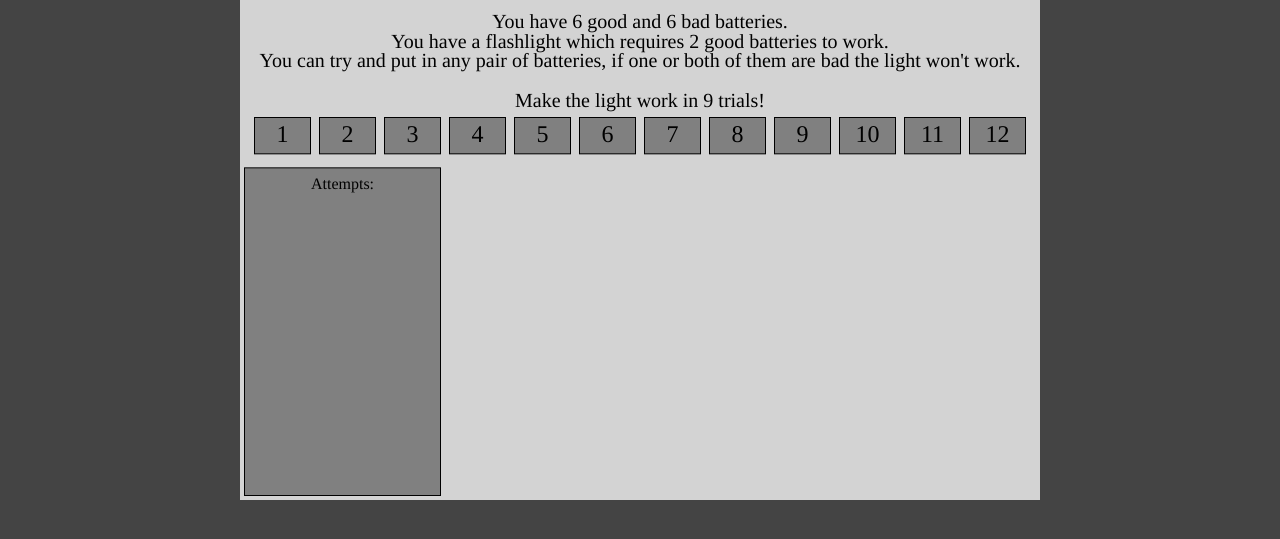
Repository: StevenZsombo/games
Page: docs/batteries/batteries.html
These files come from the project's save history. The page is drawn as it stood at one moment and after the next save; the edit follows.
The browser window is 1280 px wide. The pictures show the whole page.

Above is the page before, as saved 2025-07-04 10:28:34.

### docs/batteries/batteries.html
<!DOCTYPE html>
<html lang="en">

<head>
  <meta charset="UTF-8">
  <meta name="viewport" content="width=device-width, initial-scale=1.0">
  <title>Game by Steven Zs :)</title>
  <style>
    body {
      margin: 0;
      padding: 0;
      min-height: 100vh;
      display: flex;
      justify-content: center;
      background: #444;
    }

    #canvasContainer {
      margin: 0;
      max-width: 800px;
      max-height: 500px;
      width: 100%;
      background: #000000;
    }

    #canvasContainer.full {
      position: fixed;
      top: 0;
      left: 0;
      right: 0;
      bottom: 0;
      margin: 0;
      max-width: none;
      max-height: none;
      display: flex;
      align-items: center;
      justify-content: center;
    }

    canvas {
      display: block;
      background: #000000;
      aspect-ratio: 800/500;
      width: 100%;
      height: auto;
    }

    #canvasContainer.full canvas {
      width: min(100vw, calc(100vh * 1.6));
      height: min(100vh, calc(100vw / 1.6));
      max-width: none;
      max-height: none;
    }
  </style>
</head>

<body id="body">
  <div id="canvasContainer">
    <canvas id="myCanvas" width="800" height="500"></canvas>
  </div>

  <script>
    function fullscreenToggle() {
      document.getElementById('canvasContainer').classList.toggle('full');
    }
  </script>
  <script src="../MM.js"></script>
  <script src="../scripts.js"></script>
  <script src="../animations.js"></script>
  <script src="../gui.js"></script>
  <script src="../batteries.js"></script>
</body>

</html>

### docs/gui.js
class Framerater {
	constructor(isRunning = true) {
		this.measuredTimeInterval = 1000
		this.timeStamps = []
		this.fps = 0.1
		this.tickrate = 0.1
		this.button = new Button({
			x: 10,
			y: 10,
			width: 60,
			height: 15,
			fontsize: 12,
			color: "yellow",
			outline: 0,
			follow_mouse: true
		})
		this.isRunning = isRunning
		this.startTime = Date.now()
		this.totalTicks = 0
		this.totalFrames = 0
	}
	get elapsed() {
		return Math.floor((Date.now() - this.startTime) / 100) / 10
	}
	update(dt, noDrawingNeeded) {
		if (this.isRunning) {
			this.totalTicks += 1
			this.totalFrames += noDrawingNeeded ? 0 : 1
			let curr_time = Date.now()
			this.timeStamps.push([curr_time, noDrawingNeeded])
			let i = this.timeStamps.findIndex(x => curr_time - x[0] < this.measuredTimeInterval)
			this.timeStamps = this.timeStamps.slice(i)
			this.tickrate = Math.floor(this.timeStamps.length / this.measuredTimeInterval * 1000)
			this.fps = Math.floor(this.timeStamps.filter(
				x => !x[1]
			).length / this.measuredTimeInterval * 1000)

		}
	}

	draw(screen) {
		if (this.isRunning) {
			this.button.txt = `${this.fps} / ${this.tickrate}`
			this.button.draw(screen)
		}
	}
}

class Keyboarder {
	constructor(denybuttons) {
		if (denybuttons === null) {
			throw "did not specify whether keypress propagation should be denied or not"
		}
		/*-----------------------------------------------worst idea ever---------------------------------------------------------*/
		fullscreenToggle = MM.extFunc(fullscreenToggle, () => game.mouser.whereIsCanvas())
		this.bufferExpiration = null //null for no expiration, or milliseconds
		this.held = {}
		const held = this.held
		this.pressed = {}
		const pressed = this.pressed
		this.strokeBuffer = []
		const strokeBuffer = this.strokeBuffer

		document.addEventListener('keydown', (e) => {
			if (denybuttons) {
				e.preventDefault()
				e.stopPropagation()
			}
			if (!held[e.key]) {
				held[e.key] = true
				pressed[e.key] = true
				strokeBuffer.push([Date.now(), e.key])
			}
		}
		)
		document.addEventListener('keyup', (e) => {
			held[e.key] = false
			pressed[e.key] = false
			if (e.key == "F") {
				fullscreenToggle()
			}
			if (denybuttons) {
				e.preventDefault()
				e.stopPropagation()
			}
		}
		)
	}
	get strokes() {
		return this.strokeBuffer.map(x => x[1]).join("")
	}
	update(dt, now) {
		if (this.strokeBuffer.length && this.bufferExpiration != null) {
			if (now - this.strokeBuffer.at(-1)[0] > this.bufferExpiration) {
				this.strokeBuffer.length = 0
			}
		}
	}
	flushstrokes() {
		this.strokeBuffer.length = 0
	}
	next_loop() {
		Object.keys(this.pressed).forEach(
			x => this.pressed[x] = false
		)
	}

}

class Mouser {
	constructor(canvas) {
		this.x = null
		this.y = null
		this.clicked = false
		this.released = false
		this.down = false

		this.canvas = canvas
		this.addListeners(canvas)
		this.whereIsCanvas()
	}

	whereIsCanvas() {
		const canvas = this.canvas
		this.cRect = canvas.getBoundingClientRect()
		this.cW = canvas.width
		this.cH = canvas.height
		this.scaleX = canvas.width / this.cRect.width
		this.scaleY = canvas.height / this.cRect.height
	}
	whereAmI(e) {
		//event
		this.x = (e.clientX - this.cRect.left) * this.scaleX
		//Account for canvas position
		this.y = (e.clientY - this.cRect.top) * this.scaleY
	}

	addListeners(canvas) {
		canvas.addEventListener('pointermove', (e) => {
			e.preventDefault()
			e.stopPropagation()
			this.whereAmI(e)
			//e.pointerType //can be 'mouse', 'pen', 'touch'

		}
		)
		canvas.addEventListener('pointerdown', (e) => {
			e.preventDefault()
			e.stopPropagation()
			if (e.button == 0) {
				this.whereAmI(e)
				this.clicked = true
				this.down = true
			}
			//e.shiftKey, e.ctrlKey //true or false
			//button = 0 or 2
			//for some reason clicking both simultaneously does sweet FA
		}
		)
		canvas.addEventListener('pointerup', (e) => {
			e.preventDefault()
			e.stopPropagation()
			this.whereAmI(e)
			this.released = true
			this.down = false
		}
		)
		canvas.addEventListener('pointerout', (e) => {
			e.preventDefault()
			e.stopPropagation()
			this.released = true
			this.x = null
			this.y = null
		}
		)
		canvas.addEventListener('pointercancel', (e) => {
			e.preventDefault()
			e.stopPropagation()
			this.released = true
		}
		)
		window.addEventListener("resize", this.whereIsCanvas.bind(this))
		window.addEventListener("scroll", this.whereIsCanvas.bind(this))
		window.addEventListener('contextmenu', (e) => {
			e.preventDefault()
			e.stopPropagation()
		})
	}
	get held() {
		return this.down && !this.released
	}

	get pos() {
		return {
			x: this.x,
			y: this.y
		}
	}

	next_loop() {
		this.clicked = false
		this.released = false
	}

	changeCursor(type) {
		game.canvas.style.cursor = type
	}

}

class Cropper {
	constructor() {
		this.canvas = document.createElement("canvas")
		this.ctx = this.canvas.getContext("2d")
	}

	load_images(names, containerDict, whatToCallAfter) {
		let num = names.length
		const onload = () => { --num === 0 && whatToCallAfter() }
		for (const item of names) {
			const img = new Image
			containerDict[item] = img
			img.crossOrigin = "Anonymous"
			img.src = item
			img.onload = onload
		}

	}

	load_img(source, on_end) {
		try {
			const img = new Image()
			img.crossOrigin = 'Anonymous'
			img.src = source
			if (on_end != null) {
				img.onload = () => { return on_end(img) }
			}
			return img
		} catch (error) {
			console.error(error)
		}

	}

	resize(img, width, height) {
		this.canvas.width = width
		this.canvas.height = height
		this.ctx.drawImage(img, 0, 0, width, height)
		const ret = new Image()
		ret.src = this.canvas.toDataURL()
		return ret
	}

	crop(img, rect) {
		this.canvas.width = rect.width
		this.canvas.height = rect.height
		this.ctx.drawImage(img, rect.x, rect.y, rect.width, rect.height, 0, 0, rect.width, rect.height)
		const ret = new Image()
		ret.src = this.canvas.toDataURL()
		return ret
	}

	cropGrid(img, rows, cols) {
		const rect = new Rect(0, 0, img.width, img.height)
		const rects = rect.splitGrid(cols, rows)
		const ret = []
		for (let row of rects) {
			ret.push([])
			for (let col of row) {
				ret.at(-1).push(this.crop(img, col))
			}
		}
		return ret
	}


}

### docs/batteries.js
//should import scripts.js
const framerateUnlocked = false
const denybuttons = false
const showFramerate = false

window.onload = function () {
    let canvas = document.getElementById("myCanvas")
    canvas.style.touchAction = 'none'
    canvas.style.userSelect = 'none'
    canvas.style.webkitUserDrag = 'none'
    document.addEventListener('dragover', (e) => {
        e.preventDefault()
        e.stopPropagation()
    }
    )
    document.addEventListener('drop', (e) => {
        e.preventDefault()
        e.stopPropagation()
    }
    )
    canvas.tabIndex = 0
    //canvas.focus()
    beforeMain(canvas)
}

const beforeMain = function (canvas) {
    const cropper = new Cropper()
    const cont = {}
    main(canvas)
    /*
    cropper.load_images("cats.png arrows.png".split(" "), cont, () => {
        files.push(cont["cats.png"])
        files.push(cont["arrows.png"])
        main(canvas)
    })
    */


}

const main = function (canvas) {
    canvas ??= document.getElementById("myCanvas")
    game = new Game(canvas)
    game.tick()
}

class Game {
    constructor(canvas) {
        this.canvas = canvas
        this.screen = canvas.getContext("2d")
        this.WIDTH = canvas.width
        this.HEIGHT = canvas.height
        this.SIZE = {
            x: this.WIDTH,
            y: this.HEIGHT
        }
        this.rect = new Rect(0, 0, this.WIDTH, this.HEIGHT)
        this.BGCOLOR = stgs.BGCOLOR ?? "lightgray"
        //null for transparent
        this.CENTER = {
            x: this.SIZE.x / 2,
            y: this.SIZE.y / 2
        }

        this.mouser = new Mouser(canvas)
        this.keyboarder = new Keyboarder(denybuttons)
        this.framerate = new Framerater(showFramerate)
        this.framerateUnlocked = framerateUnlocked //redundant unless reused
        this.animator = new Animator()

        this.on_update_extras = []
        this.on_draw_extras = []
        this.extras = []

        this.layers = Array(10).fill().map(x => [])
        this.clickables = []

        showFramerate && this.add_clickable(this.framerate.button)


        this.lastCycleTime = Date.now()

        this.isRunning = true
        this.isDrawing = true

        this.initialize()
        this.initialize_more()
    }
    initialize() {

    }

    tick() {
        if (!this.isDrawing) {
            this.drawnAlready = true
        }
        if (!this.isRunning) {
            return
        }
        const now = Date.now()
        const dt = (now - this.lastCycleTime)
        this.lastCycleTime = now

        const screen = this.screen
        this.drawnAlready ? null : this.draw_reset(screen)
        this.update(dt)
        this.update_more(dt)
        this.on_update_extras.forEach(x => x.call(this))
        this.drawnAlready ? null : this.draw(screen)
        this.drawnAlready ? null : this.draw_more(screen)
        this.on_draw_extras.forEach(x => x.call(this))
        this.next_loop()
        this.next_loop_more()
        this.extras.forEach(x => x.call(this))
        this.extras.length = 0
        if (!this.isRunning) {
            return
        }

        this.framerate.update(dt, this.drawnAlready)
        if (!this.framerateUnlocked) {
            requestAnimationFrame(this.tick.bind(this))
        } else {
            setTimeout(this.tick.bind(this), 0)
            if (!this.drawnAlready) {
                this.drawnAlready = true
                requestAnimationFrame((function () { this.drawnAlready = false }).bind(this))
                this.animator.draw()
            }
        }




    }

    update(dt) {
        //update
        const now = Date.now()
        this.keyboarder.update(dt, now)
        this.update_clickables(dt)
        this.animator.update(dt)
        this.update_more(dt)

    }

    update_clickables(dt) {
        for (const b of this.clickables) {
            b.check(this.mouser.x, this.mouser.y, this.mouser.clicked, this.mouser.released, this.mouser.held)
        }

    }

    draw(screen) {
        //draw
        this.draw_layers(screen)
        this.framerate.draw(screen)

    }

    draw_reset(screen) {
        if (this.BGCOLOR) {
            screen.fillStyle = this.BGCOLOR
            screen.fillRect(0, 0, this.WIDTH, this.HEIGHT)
        } else {
            screen.clearRect(0, 0, this.WIDTH, this.HEIGHT)
        }
    }

    draw_layers(screen) {
        for (const layer of this.layers) {
            for (const item of layer) {
                item.draw(screen)
            }
        }
    }

    next_loop() {
        this.mouser.next_loop()
        this.keyboarder.next_loop()
    }
    close() {
        this.isRunning = false
        setTimeout(x => game.screen.fillRect(0, 0, game.WIDTH, game.HEIGHT), 100)

    }
    add_clickable(items, layer = 5) {
        if (!Array.isArray(items)) {
            items = [items]
        }
        for (const item of items) {
            this.add_drawable(item, layer)
            this.clickables.push(item)
        }
    }
    add_drawable(items, layer = 5) {
        if (!Array.isArray(items)) {
            items = [items]
        }
        for (const item of items) {
            this.layers[layer].push(item)
        }
    }
    remove_clickable(item) {
        this.clickables = this.clickables.filter(x => x !== item)
        this.layers = this.layers.map(x => x.filter(y => y !== item))
    }

    ////////////////////////////////////////////////////////////////////////////////////////////////////////////////////
    ////////////////////////////////////////////////////////////////////////////////////////////////////////////////////
    ////////////////////////////////////////////////////////////////////////////////////////////////////////////////////
    ////////////////////////////////////////////////////////////////////////////////////////////////////////////////////
    ////////////////////////////////////////////////////////////////////////////////////////////////////////////////////
    ///                                             customize here                                                   ///
    /// ////////////////////////////////////////////////////////////////////////////////////////////////////////////////
    ///                                                                                                              ///
    ///         these are called  when appropriate                                                                   ///
    ///                                                                                                              ///
    ///         initialize_more                                                                                      ///
    ///         draw_more                                                                                            ///
    ///         update_more                                                                                          ///
    ///         next_loop_more                                                                                       ///
    ///                                                                                                              ///
    ///                                                                                                              ///
    ///                                                                                                              ///
    ///                                                                                                              ///
    ///                                                                                                              ///
    ///                                                                                                              ///
    ///                                                                                                              ///
    ///                                                                                                              ///
    ///                                                                                                              ///
    ///                                                                                                              ///
    ///                                                                                                              ///
    ///                                                                                                              ///
    ///                                                                                                              ///
    ///                                                                                                              ///
    ///                                             INITIALIZE                                                       ///
    /// start initialize_more:::::::::::::::::::::::::::::::::::::::::::::::::::::::::::::::::::::::::::::::::::::::::::
    initialize_more() {


        this.grid = this.rect.copy.
            deflate(20, 10).
            splitRow(3, 2, 10).
            map(x => Button.fromRect(x, { transparent: true }))
        this.add_clickable(this.grid[0])
        this.grid[0].fontsize = 20
        this.grid[0].txt =
            `You have 6 good and 6 bad batteries.
You have a flashlight which requires 2 good batteries to work.
You can try and put in any pair of batteries, if one or both of them are bad the light won't work.

Make the light work in 9 trials!
`

        this.batteries = this.grid[1].splitCol(...Array(12).fill(1)).map(Button.fromRect).map((b, i) => {
            b.deflate(10, 30)
            b.txt = i + 1
            b.fontsize = 24
            return b
        })
        this.add_clickable(this.batteries)

        this.grid[0].resize(this.grid[0].width, this.batteries[0].top)
        this.grid[0].move(0, 18)

        this.tablebg = this.grid[2].splitCol(1, 3)[0]
        this.tablebg.leftat(this.batteries[0].left)
        this.tablebg.rightat(this.batteries[2].right)

        this.table = this.tablebg.splitRow(...Array(10).fill(1)).map(Button.fromRect)
        this.tablebg = Button.fromRect(this.tablebg)
        this.add_clickable(this.table)
        this.add_clickable(this.tablebg, 3)
        this.table.forEach(b => {
            b.fontsize = 16
            b.transparent = true
        })
        this.table[0].txt = "Attempts:"

        //logic
        this.attempts = {
            count: 0,
            track: [],
            first: null
        }
        this.alloptions = [...MM.combinations([...MM.range(1, 13)], 6)]
        this.victory = () => {
            if (this.alloptions.length != 0) { //you lose
                const badones = MM.choice(this.alloptions).map(i => i - 1)
                this.batteries.forEach((b, i) => {
                    b.color = badones.includes(i) ? "red" : "green"
                })
            } else {  //you win!

            }
        }
        this.makeattempt = (i) => {
            if (this.attempts.first !== i) {
                if (!this.attempts.first) {
                    this.attempts.first = i
                    this.batteries[i - 1].color = "lightblue"
                } else {
                    this.attempts.count++
                    this.attempts.track.push([this.attempts.first, i])
                    this.batteries[i - 1].color = "lighblue"
                    this.batteries[this.attempts.first - 1].color = "lightblue"
                    this.batteries.forEach(x => x.interactable = false)
                    this.animator.add_anim(this.batteries[i - 1], 80, "wiggle", { dx: 5, dy: 5 })
                    this.animator.add_anim(this.batteries[this.attempts.first - 1], 80, "wiggle", {
                        dx: 5, dy: 5,
                        on_end: () => {
                            if (this.attempts.count == 9) { return }
                            this.batteries[this.attempts.first - 1].color = "gray"
                            this.batteries[i - 1].color = "gray"
                            this.attempts.first = null
                            this.batteries.forEach(x => x.interactable = true)
                        }
                    })
                    const [u, w] = this.attempts.track.at(-1)
                    //alloptions = [x for x in alloptions if a in x or b in x]
                    this.alloptions = this.alloptions.filter(x => x.includes(u) || x.includes(w))
                    this.table[this.attempts.count].txt = `${u}, ${w}`
                    if (this.attempts.count == 9) {
                        this.victory()
                        this.batteries.forEach(x => x.interactable = false)
                    }

                }
            }
        }

        this.batteries.forEach((b, i) => b.on_click = this.makeattempt.bind(this, i + 1))


    }
    ///end initialize_more^^^^^^^^^^^^^^^^^^^^^^^^^^^^^^^^^^^^^^^^^^^^^^^^^^^^^^^^^^^^^^^^^^^^^^^^^^^^^^^^^^^^^^^^^^^^
    ///                                         ^^^^INITIALIZE^^^^                                                   ///
    ///                                                                                                              ///
    ///                                               UPDATE                                                         ///
    /// start update_more:::::::::::::::::::::::::::::::::::::::::::::::::::::::::::::::::::::::::::::::::::::::::::::::
    update_more(dt) {





    }
    ///end update_more^^^^^^^^^^^^^^^^^^^^^^^^^^^^^^^^^^^^^^^^^^^^^^^^^^^^^^^^^^^^^^^^^^^^^^^^^^^^^^^^^^^^^^^^^^^^^^^^
    ///                                           ^^^^UPDATE^^^^                                                     ///
    ///                                                                                                              ///
    ///                                                DRAW                                                          ///
    ///start update_more::::::::::::::::::::::::::::::::::::::::::::::::::::::::::::::::::::::::::::::::::::::::::::::::
    draw_more(screen) {





    }
    ///end draw_more^^^^^^^^^^^^^^^^^^^^^^^^^^^^^^^^^^^^^^^^^^^^^^^^^^^^^^^^^^^^^^^^^^^^^^^^^^^^^^^^^^^^^^^^^^^^^^^^^^
    ///                                            ^^^^DRAW^^^^                                                      ///
    ///                                                                                                              ///
    ///                                              NEXT_LOOP                                                       ///
    ///start next_loop_more:::::::::::::::::::::::::::::::::::::::::::::::::::::::::::::::::::::::::::::::::::::::::::::
    next_loop_more() {

    }
    ///end next_loop_more^^^^^^^^^^^^^^^^^^^^^^^^^^^^^^^^^^^^^^^^^^^^^^^^^^^^^^^^^^^^^^^^^^^^^^^^^^^^^^^^^^^^^^^^^^^^^
    ///                                          ^^^^NEXT_LOOP^^^^                                                   ///
    ///                                                                                                              ///
    ///                                                                                                              ///
    /// ////////////////////////////////////////////////////////////////////////////////////////////////////////////////
} //this is the last closing brace

/// dev options
const dev = {

}/// end of dev
/// settings
const stgs = {


}

/**@type {Image[]} */
const files = []

/** @type {Game}*/
var game

Loaded but not shown: docs/scripts.js (726 lines, source omitted); docs/MM.js (382 lines, source omitted); docs/animations.js (422 lines, source omitted)

After the next save:
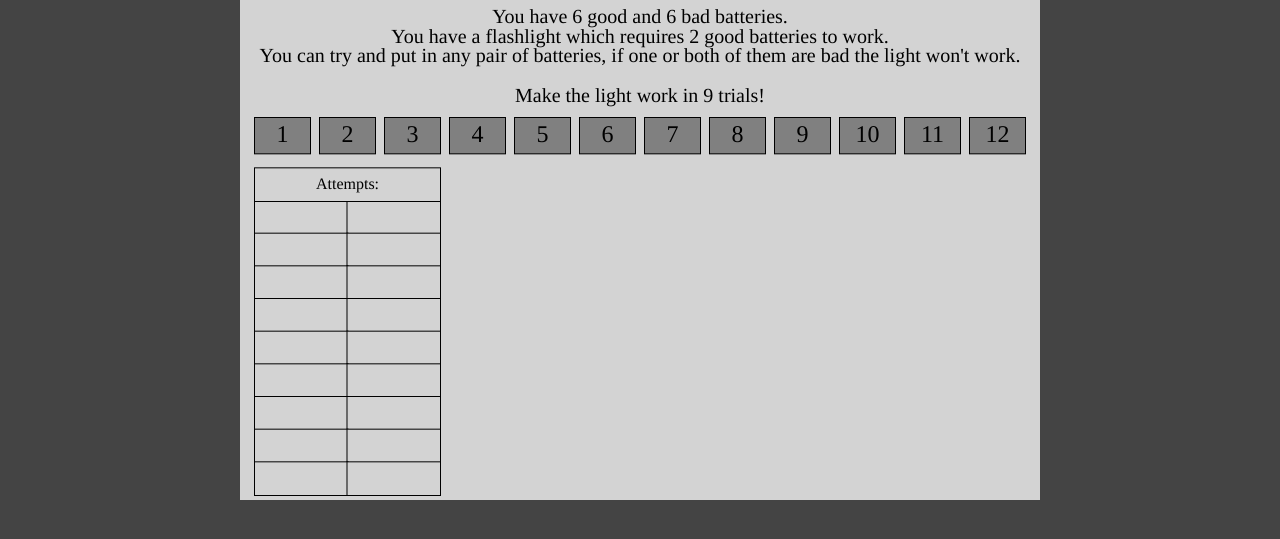
Saved 94 s later.
--- a/docs/batteries.js
+++ b/docs/batteries.js
@@ -260,21 +260,23 @@ Make the light work in 9 trials!
             return b
         })
         this.add_clickable(this.batteries)
-
-        this.grid[0].resize(this.grid[0].width, this.batteries[0].top)
-        this.grid[0].move(0, 18)
+        this.grid[0].topat(0)
+        this.grid[0].bottomstretchat(this.batteries[0].top)
+        this.grid[0].move(0, 8)
 
         this.tablebg = this.grid[2].splitCol(1, 3)[0]
         this.tablebg.leftat(this.batteries[0].left)
-        this.tablebg.rightat(this.batteries[2].right)
-
-        this.table = this.tablebg.splitRow(...Array(10).fill(1)).map(Button.fromRect)
+        this.tablebg.rightstretchat(this.batteries[2].right)
+
+        this.table = this.tablebg.splitRow(...Array(10).fill(1))
+        this.table = this.table.map((b, i) => i == 0 ? Button.fromRect(b) : b.splitCol(1, 1).map(Button.fromRect))
         this.tablebg = Button.fromRect(this.tablebg)
-        this.add_clickable(this.table)
-        this.add_clickable(this.tablebg, 3)
-        this.table.forEach(b => {
+        this.add_clickable(this.table.slice(1).flat())
+        this.add_clickable(this.table[0])
+        //this.add_clickable(this.tablebg, 3)
+        this.table.flat().forEach(b => {
             b.fontsize = 16
-            b.transparent = true
+            b.color = null
         })
         this.table[0].txt = "Attempts:"
 
@@ -320,7 +322,8 @@ Make the light work in 9 trials!
                     const [u, w] = this.attempts.track.at(-1)
                     //alloptions = [x for x in alloptions if a in x or b in x]
                     this.alloptions = this.alloptions.filter(x => x.includes(u) || x.includes(w))
-                    this.table[this.attempts.count].txt = `${u}, ${w}`
+                    this.table[this.attempts.count][0].txt = u
+                    this.table[this.attempts.count][1].txt = w
                     if (this.attempts.count == 9) {
                         this.victory()
                         this.batteries.forEach(x => x.interactable = false)
